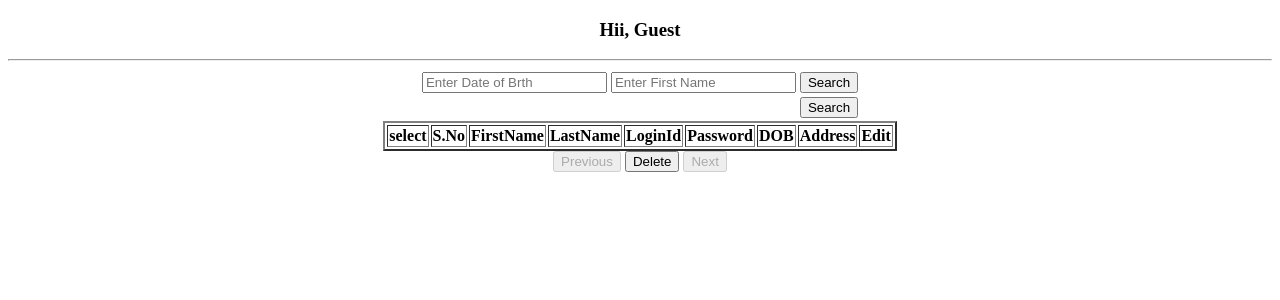
Repository: Jatdevta/AdvanceJava
Page: http://localhost/DynamicProject/UserListCtl
An editor plug-in stored every save of this project. The page is shown before and after the next save, followed by the edit.
The browser window is 1280 px wide. The pictures show the whole page.
The page is served by Tomcat 9. Other server files are loaded and not shown. Queries for data that is not in the repository find no rows.

Above is the page before, as saved 2023-08-23 09:07:25.

### Advancejava/DynamicProject/WebContent/UserListView.jsp
<%@page import="java.util.List"%>
<%@page import="java.util.Iterator"%>
<%@ page language="java" contentType="text/html; charset=ISO-8859-1"
	pageEncoding="ISO-8859-1"%>
<!DOCTYPE html>
<html>
<head>
<center>
	<meta charset="ISO-8859-1">
	<title>Insert title here</title>
</head>
<body>
	<form action="UserListCtl" method="post">

		<%@ include file="Header.jsp"%>
		<%
			List list = (List) request.getAttribute("list");
			int pageNo = (int) request.getAttribute("pageNo");
			int nextListSize = (int) request.getAttribute("nextListSize");
			int index = ((pageNo - 1) * 5) + 1;
			Iterator it = list.iterator();

		%>
		<table>

		<tr>

				<th><input type="text" placeholder="Enter Date of Brth" name="DOB">
				<input type="text" placeholder="Enter First Name" name="firstName"></th>
				<td><input type="submit" name="operation" value="Search"></td>

			</tr>
			<tr>

				<th></th>
				<td><input type="submit" name="operation" value="Search"></td>

			</tr>
		</table>


		<table border="2">


			<tr>

				<th>select</th>
				<th>S.No</th>
				<th>FirstName</th>
				<th>LastName</th>
				<th>LoginId</th>
				<th>Password</th>
				<th>DOB</th>
				<th>Address</th>
				<th>Edit</th>

			</tr>
			<%
				while (it.hasNext()) {
					bean = (UserBean) it.next();
			%>
			<tr>

				<td ><input type="checkbox" name="ids" value="<%=bean.getId()%>"></td>
				<td><%=index++%></td>
				<td><%=bean.getFirstName()%></td>
				<td><%=bean.getLastName()%></td>
				<td><%=bean.getLoginId()%></td>
				<td><%=bean.getPassword()%></td>
				<td><%=bean.getDob()%></td>
				<td><%=bean.getAddress()%></td>
				<td><a href="UserCtl?id=<%=bean.getId()%>">edit</a></td>
			</tr>
			<%
				}
			%>

			</center>
		</table>

		<tr>


			<td><input type="hidden" name="pageNo" value="<%=pageNo%>"></td>

			<td><input type="submit" name="operation" value="Previous"
				<%=(pageNo != 1) ? "" : "disabled"%>></td>
					<td><input type="submit" name="operation" value="Delete"></td>
			<td><input type="submit" name="operation" value="Next"
				<%=(nextListSize != 0) ? "" : "disabled"%>></td>


		</tr>

	</form>
</body>
</html>

### Advancejava/DynamicProject/WebContent/Header.jsp
<%@page import="in.co.rays.model.UserModel"%>
<%@page import="in.co.rays.bean.UserBean"%>
<%@ page language="java" contentType="text/html; charset=ISO-8859-1"
	pageEncoding="ISO-8859-1"%>
<!DOCTYPE html>
<html>
<head>
<meta charset="ISO-8859-1">
<title>Insert title here</title>
</head>
<body>
	<%
		UserBean bean = (UserBean) session.getAttribute("user");

	%>

	<%
	if(bean !=null) {

	%>
	<h3>
		Hi....!!!,
		<%=bean.getFirstName()  %>   </h3>
	<a href="UserListCtl">UserList</a>
	<a a href= "MarksheetListCtl">MarkList</a>
<a href="LoginCtl?operation=Logout">Logout</a>
	<a href="LoginCtl?operation=Logout">Logout </a>

	<%} else { %>

	<h3>Hii, Guest</h3>
	<%} %>
	<hr>

</body>
</html>

### Advancejava/DynamicProject/src/in/co/rays/ctl/UserListCtl.java
package in.co.rays.ctl;

import java.io.IOException;
import java.util.List;

import javax.servlet.RequestDispatcher;
import javax.servlet.ServletException;
import javax.servlet.annotation.WebServlet;
import javax.servlet.http.HttpServlet;
import javax.servlet.http.HttpServletRequest;
import javax.servlet.http.HttpServletResponse;

import in.co.rays.bean.UserBean;
import in.co.rays.model.UserModel;
@WebServlet("/UserListCtl")
public class UserListCtl extends HttpServlet{

	@Override
	protected void doGet(HttpServletRequest req, HttpServletResponse resp) throws ServletException, IOException {

		UserModel model = new UserModel();
		int pageNo =1;
		int pageSize =5;

		try {

          List list= model.search(null, pageNo, pageSize);

          List nextList = model.search(null, pageNo +1, pageSize);

			req.setAttribute("list", list);
			req.setAttribute("pageNo", pageNo);
			req.setAttribute("nextListSize", nextList.size());
			RequestDispatcher rd = req.getRequestDispatcher("UserListView.jsp");
			rd.forward(req, resp);

		} catch (Exception e) {
          e.printStackTrace();
		}

	}
	@Override
	protected void doPost(HttpServletRequest req, HttpServletResponse resp) throws ServletException, IOException {




		String op = req.getParameter("operation");

		int pageNo = Integer.parseInt(req.getParameter("pageNo"));

		int pageSize = 5;

		UserBean bean = new UserBean();

		UserModel model = new UserModel();


		if (op.equals("Search")) {


	     	String firstName = req.getParameter("firstName");

	     	bean.setFirstName(firstName);

		}

		if (op.equals("Next")) {
			pageNo++;

		}
		if (op.equals("Previous")) {
           pageNo--;
		}
		if (op.equals("Delete")) {

			String[] ids = req.getParameterValues("ids");
			for (String  id : ids) {
				try {
					model.delete(Integer.parseInt(id));
				} catch (Exception e) {
					// TODO Auto-generated catch block
					e.printStackTrace();
				}
			}
			}



		try {
		List list =	model.search(bean, pageNo, pageSize);

		 List nextList = model.search(bean, pageNo, pageSize);

		req.setAttribute("list", list);

		req.setAttribute("pageNo", pageNo);

		req.setAttribute("nextListSize", nextList.size());

			RequestDispatcher rd = req.getRequestDispatcher("UserListView.jsp");

			rd.forward(req, resp);

		} catch (Exception e) {

			e.printStackTrace();
		}


	}

	}

### Advancejava/DynamicProject/src/in/co/rays/model/UserModel.java
package in.co.rays.model;

import java.sql.Connection;
import java.sql.DriverManager;
import java.sql.PreparedStatement;
import java.sql.ResultSet;
import java.util.ArrayList;
import java.util.List;

import in.co.rays.bean.UserBean;
import in.co.rays.util.JDBCDataSource;

public class UserModel {

	public Integer nextPk() throws Exception {
		int Pk = 0;

		Class.forName("com.mysql.cj.jdbc.Driver");
		Connection cn = DriverManager.getConnection("jdbc:mysql://localhost:3306/advance_java", "root", "root");

	//	Connection cn = JDBCDataSource.getConnection();


		PreparedStatement ps = cn.prepareStatement("select max(id) from user");

		ResultSet rs = ps.executeQuery();

		while (rs.next()) {

			Pk = rs.getInt(1);
		}

		return Pk + 1;

	}

	public void add(UserBean bean) throws Exception {

		Class.forName("com.mysql.cj.jdbc.Driver");

		Connection cn = DriverManager.getConnection("jdbc:mysql://localhost:3306/advance_java", "root", "root");
		PreparedStatement ps = cn.prepareStatement("insert into user values(?,?,?,?,?,?,?)");
		ps.setInt(1, nextPk());
		// ps.setInt(1,bean.getId());
		ps.setString(2, bean.getFirstName());
		ps.setString(3, bean.getLastName());
		ps.setString(4, bean.getLoginId());
		ps.setString(5, bean.getPassword());
     	ps.setDate(6, new java.sql.Date(bean.getDob().getTime()));
    	ps.setString(7, bean.getAddress());


		int i = ps.executeUpdate();

		System.out.println("Data inserted " + i);
	}

	public void update(UserBean bean) throws Exception {
		Class.forName("com.mysql.cj.jdbc.Driver");

		Connection cn = DriverManager.getConnection("jdbc:mysql://localhost:3306/advance_java", "root", "root");
		PreparedStatement ps = cn.prepareStatement("update user set FirstName =?,LastName = ?,LoginId = ?,Password = ?,DOB = ?,Address = ? where id = ?");

		ps.setString(1, bean.getFirstName());
		ps.setString(2, bean.getLastName());
		ps.setString(3, bean.getLoginId());
		ps.setString(4, bean.getPassword());
	   ps.setDate(5, new java.sql.Date(bean.getDob().getTime()));
		ps.setString(6, bean.getAddress());
		ps.setInt(7, bean.getId());

		int i = ps.executeUpdate();

		System.out.println("Data updated " + i);

	}

	public UserBean findByPk(int id) throws Exception {

		Class.forName("com.mysql.cj.jdbc.Driver");
		Connection con = DriverManager.getConnection("jdbc:mysql://localhost:3306/advance_java", "root", "root");
		PreparedStatement ps = con.prepareStatement("select * from user where id =?");

		ps.setInt(1, id);

		ResultSet rs = ps.executeQuery();

		UserBean bean = null;

		while (rs.next()) {
			bean = new UserBean();

			bean.setId(rs.getInt(1));
			bean.setFirstName(rs.getString(2));
			bean.setLastName(rs.getString(3));
			bean.setLoginId(rs.getString(4));
			bean.setPassword(rs.getString(5));
			bean.setDob(rs.getDate(6));
			bean.setAddress(rs.getString(7));


		}
		return bean;

	}




	public List search(UserBean bean, int pageNo, int pageSize) throws Exception {

		Class.forName("com.mysql.cj.jdbc.Driver");

		Connection conn = DriverManager.getConnection("jdbc:mysql://localhost:3306/advance_java", "root", "root");

		StringBuffer sql = new StringBuffer("select * from user where 1=1");

		if (bean != null) {

			if (bean.getFirstName() != null && bean.getFirstName().length() > 0) {

				sql.append(" and FirstName like '" + bean.getFirstName() + "%'");

			}
			if (bean.getId() != 0 && bean.getId() > 0) {

				sql.append(" and id = " + bean.getId());

			}
			if (bean.getLoginId() != null && bean.getLoginId().length() > 0) {

				sql.append(" and LoginId like '" + bean.getLoginId() + "%'");
			}

			if (bean.getDob() != null && bean.getDob().getTime() > 0) {

				sql.append(" and DOB like '" + new java.sql.Date(bean.getDob().getTime()) + "%'");

			}
			if (bean.getAddress() != null && bean.getAddress().length()>0) {
				sql.append(" and Address like '" + bean.getAddress() + "%'");
			}

		}
			if (pageSize > 0) {

				pageNo = (pageNo - 1) * pageSize;

				sql.append(" limit " + pageNo + " , " + pageSize);


		}

		System.out.println(sql.toString());

		PreparedStatement ps = conn.prepareStatement(sql.toString());

		ResultSet rs = ps.executeQuery();

		List list = new ArrayList();

		while (rs.next()) {

			bean = new UserBean();
			bean.setId(rs.getInt(1));
			bean.setFirstName(rs.getString(2));
			bean.setLastName(rs.getString(3));
			bean.setLoginId(rs.getString(4));
			bean.setPassword(rs.getString(5));
			bean.setDob(rs.getDate(6));
			bean.setAddress(rs.getString(7));

			list.add(bean);

		}

		return list;

	}

	public UserBean findByloginId(String loginId) throws Exception {

		Class.forName("com.mysql.cj.jdbc.Driver");
		Connection con = DriverManager.getConnection("jdbc:mysql://localhost:3306/advance_java", "root", "root");
		PreparedStatement ps = con.prepareStatement("select * from user where loginId =?");

		ps.setString(1, loginId);


		ResultSet rs = ps.executeQuery();

		UserBean bean = null;

		while (rs.next()) {
			bean = new UserBean();

			bean.setId(rs.getInt(1));
			bean.setFirstName(rs.getString(2));
			bean.setLastName(rs.getString(3));
			bean.setLoginId(rs.getString(4));
			bean.setPassword(rs.getString(5));
			bean.setDob(rs.getDate(6));
			bean.setAddress(rs.getString(7));


		}
		return bean;

	}

	public UserBean authenticate(String loginId,String password) throws Exception {

		Class.forName("com.mysql.cj.jdbc.Driver");
		Connection con = DriverManager.getConnection("jdbc:mysql://localhost:3306/advance_java", "root", "root");
		PreparedStatement ps = con.prepareStatement("select * from user where LoginId =? and Password =?");

		ps.setString(1, loginId);
		ps.setString(2, password);

		ResultSet rs = ps.executeQuery();

		UserBean bean = null;

		while (rs.next()) {
			bean = new UserBean();

			bean.setId(rs.getInt(1));
			bean.setFirstName(rs.getString(2));
			bean.setLastName(rs.getString(3));
			bean.setLoginId(rs.getString(4));
			bean.setPassword(rs.getString(5));
			bean.setDob(rs.getDate(6));
			bean.setAddress(rs.getString(7));


		}
		return bean;

	}
public void delete(int id) throws Exception {

		Connection con = JDBCDataSource.getConnection();

		PreparedStatement ps = con.prepareStatement("Delete from user where id =?");

		ps.setInt(1, id);

		int i  = ps.executeUpdate();
		 System.out.println("Data Deleted = "+i);

}
}

After the next save:
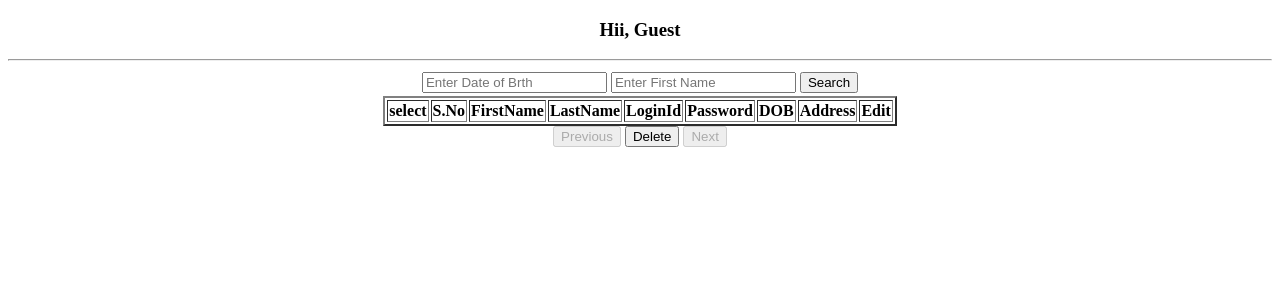
Saved 9 s later.
--- a/Advancejava/DynamicProject/WebContent/UserListView.jsp
+++ b/Advancejava/DynamicProject/WebContent/UserListView.jsp
@@ -19,23 +19,18 @@
 			int nextListSize = (int) request.getAttribute("nextListSize");
 			int index = ((pageNo - 1) * 5) + 1;
 			Iterator it = list.iterator();
-
 		%>
 		<table>
 
-		<tr>
+			<tr>
 
-				<th><input type="text" placeholder="Enter Date of Brth" name="DOB">
-				<input type="text" placeholder="Enter First Name" name="firstName"></th>
+				<th><input type="text" placeholder="Enter Date of Brth"
+					name="DOB"> <input type="text"
+					placeholder="Enter First Name" name="firstName"></th>
 				<td><input type="submit" name="operation" value="Search"></td>
 
 			</tr>
-			<tr>
 
-				<th></th>
-				<td><input type="submit" name="operation" value="Search"></td>
-
-			</tr>
 		</table>
 
 
@@ -61,7 +56,8 @@
 			%>
 			<tr>
 
-				<td ><input type="checkbox" name="ids" value="<%=bean.getId()%>"></td>
+				<td><input type="checkbox" name="ids"
+					value="<%=bean.getId()%>"></td>
 				<td><%=index++%></td>
 				<td><%=bean.getFirstName()%></td>
 				<td><%=bean.getLastName()%></td>
@@ -85,7 +81,7 @@
 
 			<td><input type="submit" name="operation" value="Previous"
 				<%=(pageNo != 1) ? "" : "disabled"%>></td>
-					<td><input type="submit" name="operation" value="Delete"></td>
+			<td><input type="submit" name="operation" value="Delete"></td>
 			<td><input type="submit" name="operation" value="Next"
 				<%=(nextListSize != 0) ? "" : "disabled"%>></td>
 
